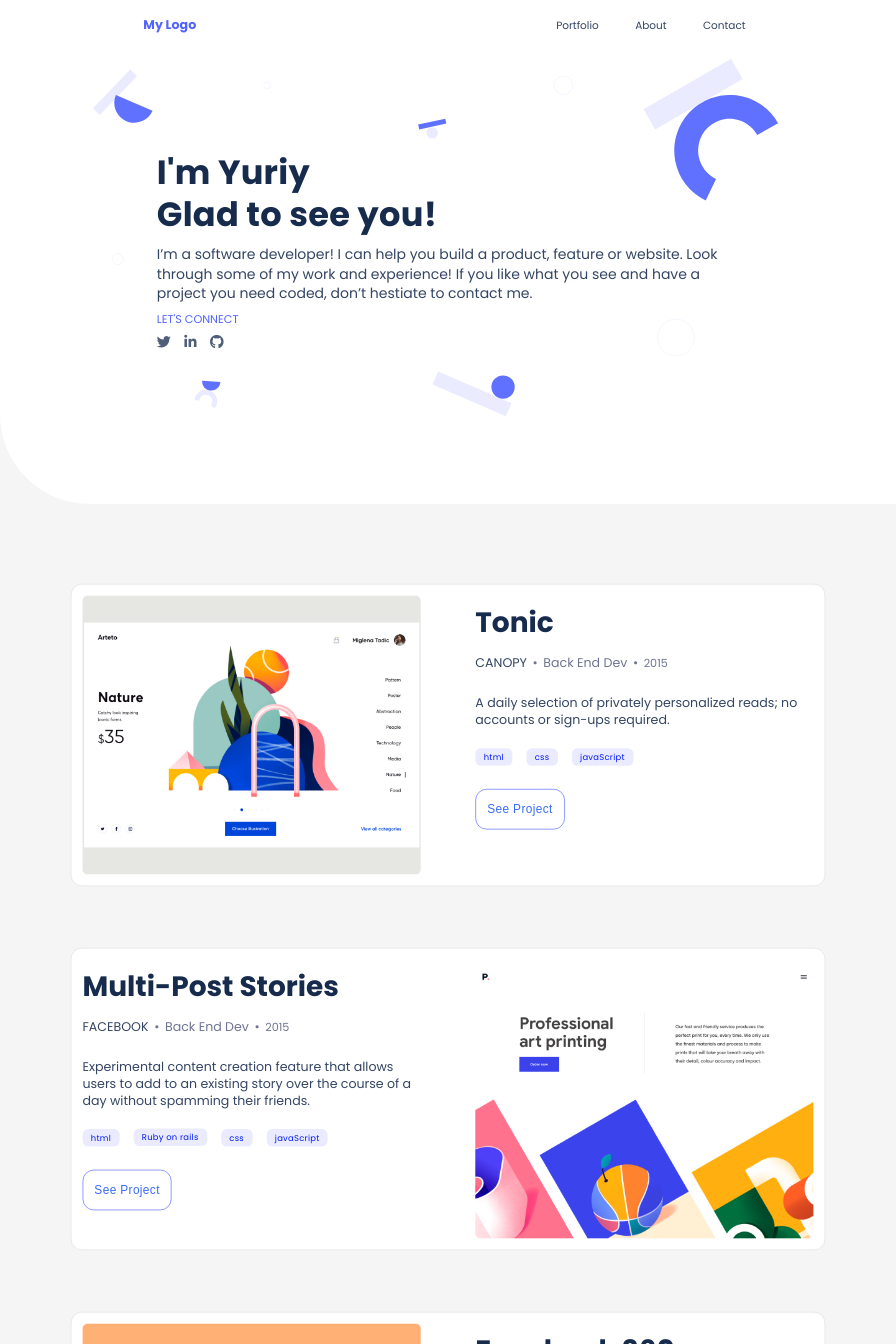
Repository: Hombre2014/My-portfolio
Page: index.html
The author's editor kept a copy of each file at every save. The page is drawn from the files as they stood at one save, then again after the next save.
The browser window is 1280 px wide. The pictures show the part of the page from y = 0 to 1920 px (the page is 4453 px tall), at 70% of full size.
Some web libraries are served in a nearby version.

Above is the page before, as saved 2021-11-08 15:35:37.

### index.html
<!DOCTYPE html>
<html lang="en">

<head>
  <meta charset="UTF-8">
  <meta http-equiv="X-UA-Compatible" content="IE=edge">
  <meta name="viewport" content="width=device-width, initial-scale=1.0">
  <link rel="stylesheet" href="https://pro.fontawesome.com/releases/v5.10.0/css/all.css"
    integrity="sha384-AYmEC3Yw5cVb3ZcuHtOA93w35dYTsvhLPVnYs9eStHfGJvOvKxVfELGroGkvsg+p" crossorigin="anonymous" />
  <link rel="stylesheet" href="styles.css">
  <link rel="stylesheet" href="wmobile.css">
  <link rel="stylesheet" media="only screen and (min-width: 1024px)" href="widescreen.css">

  <!-- Global site tag (gtag.js) - Google Analytics -->
  <script async src="https://www.googletagmanager.com/gtag/js?id=G-MFT901EK2W"></script>
  <script>
    window.dataLayer = window.dataLayer || [];
    function gtag() { dataLayer.push(arguments); }
    gtag('js', new Date());
    gtag('config', 'G-MFT901EK2W');
  </script>

  <title>Yuriy's Mircroverse Portfolio</title>
</head>

<body>
  <div class="container">
    <header>
      <span class="logo rotate-logo"><a class="logo-text" title="logo" href="#">My Logo</a></span>
      <nav class="hidden-on-small">
        <ul class="menu">
          <li class="menu-item"><a href="#portfolio">Portfolio</a></li>
          <li class="menu-item"><a href="#about">About</a></li>
          <li class="menu-item"><a href="#contact">Contact</a></li>
        </ul>
      </nav>
      <nav class="hidden-on-big">
        <i class="fas fa-bars"></i>
      </nav>
    </header>
    <section class="headline">
      <div class="main">
        <h1 class="title">I'm Yuriy<br>Glad to see you!</h1>
        <p class="main-text">I’m a software developer! I can help you build a product, feature or website. Look
          through some of my work and experience! If you like what you see and have a project you need coded, don’t
          hestiate to contact me.
        </p>
        <span class="connect-text">LET'S CONNECT</span>
        <div>
          <ul class="icon-list">
            <li><a title="Twitter" href="https://twitter.com/Chamkoriyski"><i class="fab fa-twitter"></i></a></li>
            <li><a title="LinkedIn" href="https://www.linkedin.com/in/axebit/"><i class="fab fa-linkedin-in"></i></a>
            </li>
            <li><a title="GitHub" href="https://github.com/Hombre2014"><i class="fab fa-github"></i></a></li>
          </ul>
        </div>
      </div>
    </section>
  </div>
  <div id="portfolio" class="container-2">
    <section class="works">
      <div class="card-work">
        <img class="work-img hidden-on-big" src="img/SnapshootPortfolio1.png" alt="Photo of the main page of project 1">
        <img class="hidden-on-small big-work-img scaled" src="img/big_SnapshootPortfolio1.png"
          alt="Photo of the main page of project 1">
        <div class="big-screen">
          <h2 class="work-title">Tonic</h2>
          <div class="canopy">
            <span class="item type">CANOPY</span>
            <span class="item bullet grey-color">&#8226;</span>
            <span class="item what-type grey-color">Back End Dev</span>
            <span class="item bullet grey-color">&#8226;</span>
            <span class="year grey-color">2015</span>
          </div>
          <p class="work-text">A daily selection of privately personalized reads; no accounts or sign-ups required.</p>
          <div>
            <ul class="work-skills">
              <li class="skill"><a href="https://html.spec.whatwg.org/multipage/">html</a></li>
              <li class="skill"><a href="https://www.w3.org/Style/CSS/">css</a></li>
              <li class="skill"><a href="https://developer.mozilla.org/en-US/docs/Web/JavaScript">javaScript</a></li>
            </ul>
          </div>
          <button type="button" class="project-btn">See Project</button>
        </div>
      </div>
      <div class="card-work">
        <img class="work-img hidden-on-big" src="img/SnapshootPortfolio2.png" alt="Photo of the main page of project 2">
        <img class="hidden-on-small big-work-img scaled cl-right" src="img/big_SnapshootPortfolio2.png"
          alt="Photo of the main page of project 2">
        <div class="big-screen">
          <h2 class="work-title">Multi-Post Stories</h2>
          <div class="canopy">
            <span class="item type hidden-on-big">CANOPY</span>
            <span class="item type hidden-on-small">FACEBOOK</span>
            <span class="item bullet grey-color">&#8226;</span>
            <span class="item what-type grey-color">Back End Dev</span>
            <span class="item bullet grey-color">&#8226;</span>
            <span class="year grey-color">2015</span>
          </div>
          <p class="work-text hidden-on-big">A daily selection of privately personalized reads; no accounts or sign-ups
            required.</p>
          <p class="work-text hidden-on-small">Experimental content creation feature that allows users to add to an
            existing story over the course of a day without spamming their friends.</p>
          <div>
            <ul class="work-skills">
              <li class="skill"><a href="https://html.spec.whatwg.org/multipage/">html</a></li>
              <li class="skill hidden-on-small"><a href="https://rubyonrails.org/">Ruby on rails</a></li>
              <li class="skill"><a href="https://www.w3.org/Style/CSS/">css</a></li>
              <li class="skill"><a href="https://developer.mozilla.org/en-US/docs/Web/JavaScript">javaScript</a></li>
            </ul>
          </div>
          <button type="button" class="project-btn">See Project</button>
        </div>
      </div>
      <div class="card-work">
        <img class="work-img hidden-on-big" src="img/SnapshootPortfolio3.png" alt="Photo of the main page of project 3">
        <img class="hidden-on-small big-work-img scaled" src="img/big_SnapshootPortfolio3.png"
          alt="Photo of the main page of project 3">
        <div class="big-screen">
          <h2 class="work-title hidden-on-big">Tonic</h2>
          <h2 class="work-title hidden-on-small left">Facebook 360</h2>
          <div class="canopy">
            <span class="item type hidden-on-big">CANOPY</span>
            <span class="item type hidden-on-small">FACEBOOK</span>
            <span class="item bullet grey-color">&#8226;</span>
            <span class="item what-type grey-color">Back End Dev</span>
            <span class="item bullet grey-color">&#8226;</span>
            <span class="year grey-color">2015</span>
          </div>
          <p class="work-text hidden-on-big">A daily selection of privately personalized reads; no accounts or sign-ups
            required.</p>
          <p class="work-text hidden-on-small">Exploring the future of media in Facebook's first Virtual Reality app; a
            place to discover and enjoy 360 photos and videos on Gear VR.</p>
          <div>
            <ul class="work-skills">
              <li class="skill"><a href="https://html.spec.whatwg.org/multipage/">html</a></li>
              <li class="skill hidden-on-small"><a href="https://rubyonrails.org/">Ruby on rails</a></li>
              <li class="skill"><a href="https://www.w3.org/Style/CSS/">css</a></li>
              <li class="skill"><a href="https://developer.mozilla.org/en-US/docs/Web/JavaScript">javaScript</a></li>
            </ul>
          </div>
          <button type="button" class="project-btn">See Project</button>
        </div>
      </div>
      <div class="card-work">
        <img class="work-img hidden-on-big" src="img/SnapshootPortfolio4.png" alt="Photo of the main page of project 4">
        <img class="hidden-on-small big-work-img cl-right scaled" src="img/big_SnapshootPortfolio4.png"
          alt="Photo of the main page of project 4">
        <div class="big-screen">
          <h2 class="work-title hidden-on-big">Multi-Post Stories</h2>
          <h2 class="work-title hidden-on-small left">Uber Navigation</h2>
          <div class="canopy">
            <span class="item type hidden-on-big">CANOPY</span>
            <span class="item type hidden-on-small">Uber</span>
            <span class="item bullet grey-color">&#8226;</span>
            <span class="item what-type grey-color hidden-on-big">Back End Dev</span>
            <span class="item what-type grey-color hidden-on-small">Lead Developer</span>
            <span class="item bullet grey-color">&#8226;</span>
            <span class="year grey-color hidden-on-big">2015</span>
            <span class="year grey-color hidden-on-small">2018</span>
          </div>
          <p class="work-text hidden-on-big">A daily selection of privately personalized reads; no accounts or sign-ups
            required.</p>
          <p class="work-text hidden-on-small">A smart assistant to make driving more safe, efficient, and fun by
            unlocking your most expensive computer: your car.</p>
          <div>
            <ul class="work-skills">
              <li class="skill"><a href="https://html.spec.whatwg.org/multipage/">html</a></li>
              <li class="skill hidden-on-small"><a href="https://rubyonrails.org/">Ruby on rails</a></li>
              <li class="skill"><a href="https://www.w3.org/Style/CSS/">css</a></li>
              <li class="skill"><a href="https://developer.mozilla.org/en-US/docs/Web/JavaScript">javaScript</a></li>
            </ul>
          </div>
          <button type="button" class="project-btn">See Project</button>
        </div>
      </div>
    </section>
    <section id="about" class="about">
      <div class="big-about">
        <div class="left-part">
          <h2 class="title myself">About<br>Myself</h2>
          <p class="about-text">I’m a software developer! I can help you build a product, feature or website.
            Look hrough some of my work and experience! If you like what you see and have a project you need coded,
            don’t
            hestiate to contact me.
          </p>
          <span class="connect-text">LET'S CONNECT</span>
          <div>
            <ul class="icon-list">
              <li><a title="Twitter" href="https://twitter.com/Chamkoriyski"><i class="fab fa-twitter"></i></a></li>
              <li><a title="LinkedIn" href="https://www.linkedin.com/in/axebit/"><i class="fab fa-linkedin-in"></i></a>
              </li>
              <li><a title="GitHub" href="https://github.com/Hombre2014"><i class="fab fa-github"></i></a></li>
            </ul>
          </div>
          <button type="button" class="project-btn">Get my resume</button>
        </div>
        <div class="right-part">
          <div class="about-list">
            <ul class="list-items">
              <li class="item-arrow">
                <div class="with-arrow">
                  <span>Languages</span>
                  <i class="fas fa-chevron-down"></i>
                </div>
                <div class="languages">
                  <div class="single-lang">
                    <a href="https://developer.mozilla.org/en-US/docs/Web/JavaScript"><img class="lng-icon"
                        src="img/js.png" alt="Java Script logo"></a>
                    <span class="lang-name">JavaScript</span>
                  </div>
                  <div class="single-lang">
                    <a href="https://html.spec.whatwg.org/multipage/"><img class="lng-icon" src="img/html5.png"
                        alt="HTML5 logo"></a>
                    <span class="lang-name">HTML 5</span>
                  </div>
                  <div class="single-lang">
                    <a href="https://www.w3.org/Style/CSS/"><img class="lng-icon" src="img/css.png" alt="CSS3 logo"></a>
                    <span class="lang-name">CSS 3</span>
                  </div>
                </div>
              </li>
              <li class="item-arrow">
                <div class="with-arrow">
                  <span>Frameworks</span>
                  <i class="fas fa-chevron-right"></i>
                </div>
                <hr class="line">
              </li>
              <li class="item-arrow">
                <div class="with-arrow">
                  <span>Skills</span>
                  <i class="fas fa-chevron-right"></i>
                </div>
                <hr class="line">
              </li>
            </ul>
          </div>
        </div>
      </div>
    </section>
    <footer id="contact">
      <div class="ftr-div">
        <div class="foot-big">
          <h2 class="title cnt-form">Contact me</h2>
          <div class="container-form">
            <p class="cnt-text">If you have an application you are interested in developing, a feature that you need
              built or a project that needs coding. I’d love to help with it
            </p>
            <form class="cnt-form-controls" action="https://formspree.io/f/xleakzoe" method="post">
              <label for="name"><span aria-hidden="false" class="label-text aria-h">Please enter your
                  name</span><span aria-hidden="false" class="red aria-h">*</span>
                <input class="form-field" type="text" id="name" name="user_name" placeholder="Enter your name here"
                  required maxlength="30">
              </label>
              <label class="label-text" for="email"><span aria-hidden="false" class="aria-h">Please enter your
                  email</span><span aria-hidden="false" class="red aria-h">*</span>
                <input class="form-field" type="email" id="email" name="user_email" placeholder="Enter your email here"
                  required>
              </label>
              <label id="last" class="label-text" for="msg"><span aria-hidden="false" class="aria-h">Please write
                  your message</span><span aria-hidden="false" class="red aria-h">*</span>
                <textarea class="form-field" name="message" id="msg" cols="30" rows="10" maxlength="500" required
                  placeholder="Write your message here"></textarea>
              </label>
              <span class="warning aria-h" aria-hidden="false">Fields indicated with "</span><span aria-hidden="false"
                class="red aria-h">*</span><span aria-hidden="false" class="aria-h">" are mendatory</span>
              <button type="submit" class="btn btn-big">Get in Touch</button>
            </form>
          </div>
          <div class="hidden-on-big" id="line"></div>
        </div>
      </div>
    </footer>
  </div>
</body>

</html>

### wmobile.css
/* For medium size screen between 476px and 1023px */
@media only screen and (min-width: 476px) and (max-width: 767px) {
  .headline {
    background-size: cover;
  }
}

@media only screen and (min-width: 768px) and (max-width: 1023px) {
  .headline {
    background-image: url(img/Header\ bg.svg);
    background-size: 100% 75%;
    background-position: 0 38%;
  }

  .ftr-div {
    background-image: url('img/contact form shapes-mobile.svg');
    height: auto;
    width: 100%;
    background-size: contain;
  }
}

### widescreen.css
/* Styles apply only for media screen with min-width of 1024 px */
@media only screen and (min-width: 1024px) {
  header {
    padding: 1.5rem 11.25%;
    position: fixed;
    top: 0;
    left: 0;
    bottom: 0;
    right: 0;
    align-items: center;
  }

  .hidden-on-big {
    display: none;
  }

  .rotate-logo:hover {
    animation-name: rotateAnimation;
    animation-duration: 1s;
  }

  @keyframes rotateAnimation {
    from {
      transform: rotate(0deg);
    }

    to {
      transform: rotate(360deg);
    }
  }

  .headline {
    display: flex;
    align-items: center;
    background-image: url(img/Header\ bg.svg);
    background-size: 98% 71%;
    background-position: 1.95% 40%;
    height: 100vh;
    background-color: #fff;
    border-bottom-left-radius: 128px;
  }

  .menu {
    display: flex;
  }

  .menu li a {
    color: #344563;
    padding: 10px;
    transition: all 0.8s;
  }

  .menu li a:hover {
    background-color: #5263ff;
    color: #fff;
    border-radius: 10px;
  }

  .hidden-on-small {
    display: flex;
    justify-content: flex-end;
  }

  .left {
    justify-content: flex-start;
  }

  .menu-item {
    margin-left: 2rem;
    font-weight: 500;
    font-size: 15px;
    line-height: 20px;
    color: #344563;
  }

  .main {
    width: 65%;
  }

  .title {
    font-size: 48px;
    line-height: 60px;
    letter-spacing: 0.37px;
  }

  .main-text {
    font-size: 20px;
    line-height: 28px;
  }

  .works {
    max-width: 88%;
    margin: 0 auto;
  }

  .card-work {
    display: flex;
    flex-direction: row;
    justify-content: space-between;
    max-width: 100%;
  }

  .card-work:hover {
    border: 2px solid #a7aeff;
  }

  .card-work:nth-child(even) {
    flex-direction: row-reverse;
  }

  .card-work > .cl-right {
    margin-right: 0;
  }

  .big-work-img {
    max-width: calc(50% - 39px);
    margin-right: 46px;
    flex: 1 1 auto;
  }

  .scaled {
    transition: all 2s;
  }

  .scaled:hover {
    transform: scale(1.04);
    overflow: hidden;
  }

  .big-screen {
    display: flex;
    flex-direction: column;
    max-width: calc(50% - 39px);
    flex: 1 1 auto;
  }

  .work-title {
    font-size: 40px;
    line-height: 52px;
  }

  .item {
    font-weight: 500;
    font-size: 18px;
    line-height: 24px;
  }

  .work-text {
    font-size: 18px;
    line-height: 24px;
    margin-top: 2rem;
  }

  .work-skills {
    margin-top: 28px;
  }

  .about {
    border-top-right-radius: 128px;
  }

  .big-about {
    display: flex;
    max-width: 80%;
    margin: 0 auto;
  }

  .left-part {
    max-width: 40%;
    flex: 1 1 auto;
    margin-right: 2.25rem;
  }

  .about-text {
    font-size: 1rem;
    line-height: 28px;
    color: #344563;
  }

  .right-part {
    max-width: 60%;
    flex: 1 1 auto;
  }

  .languages {
    flex-direction: row;
  }

  .single-lang {
    flex-direction: column;
    align-items: flex-start;
    width: 120px;
    margin-right: 12px;
    padding: 12px 12px 0 12px;
  }

  .lang-name {
    margin: 1rem 0;
  }

  .lng-icon {
    width: 48px;
  }

  footer {
    height: 864px;
  }

  .ftr-div {
    background-color: #6070ff;
    border-top-left-radius: 128px;
    padding-bottom: 8px;
    background-image: url('img/contact\ form\ background\ shapes.svg');
    background-repeat: no-repeat;
    background-size: contain;
    height: 100%;
  }

  .foot-big {
    width: 800px;
    margin: 0 auto;
  }

  .cnt-form {
    font-size: 40px;
    line-height: 52px;
    padding-top: 8.875rem;
  }

  .cnt-text {
    width: 570px;
    transition: all 1s;
  }

  .cnt-form-controls {
    width: 448px;
    display: flex;
    flex-direction: column;
  }

  .btn-big {
    margin: 1.75rem auto;
  }

  label {
    margin-bottom: 27px;
  }

  .cnt-text:hover {
    transform: scale(1.1);
  }
}

@media only screen and (min-width: 1220px) {
  header {
    padding: 1.5rem 16%;
  }
}

@media only screen and (min-width: 1440px) {
  .headline {
    background-size: 100% 74%;
  }

  header {
    padding: 1.5rem 20%;
  }

  .works {
    width: 80%;
  }
}

Loaded but not shown: styles.css (408 lines, source omitted)

After the next save:
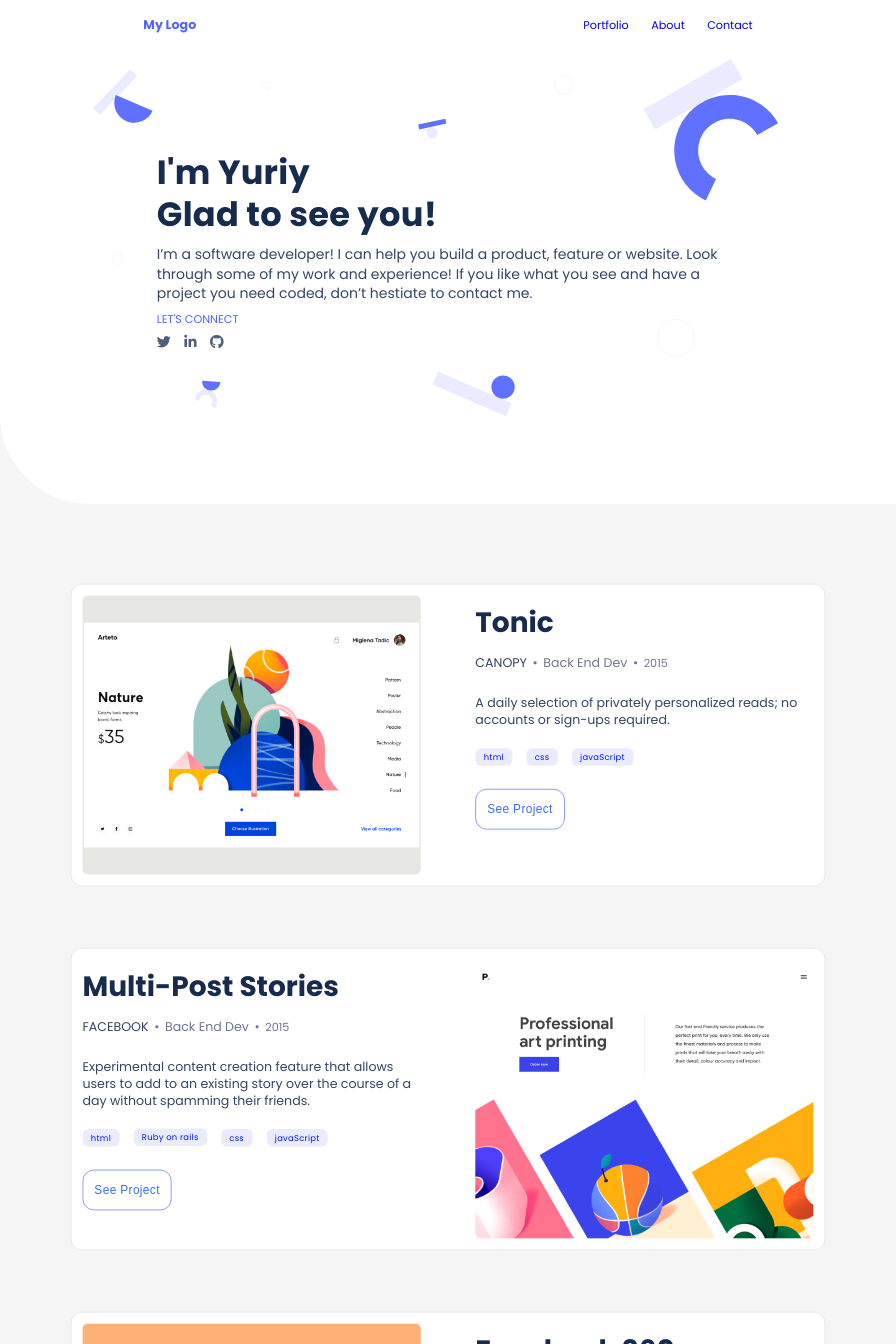
Saved 15 s later.
--- a/index.html
+++ b/index.html
@@ -27,7 +27,7 @@
   <div class="container">
     <header>
       <span class="logo rotate-logo"><a class="logo-text" title="logo" href="#">My Logo</a></span>
-      <nav class="hidden-on-small">
+      <nav class="hidden-toggle ">
         <ul class="menu">
           <li class="menu-item"><a href="#portfolio">Portfolio</a></li>
           <li class="menu-item"><a href="#about">About</a></li>
@@ -35,7 +35,8 @@
         </ul>
       </nav>
       <nav class="hidden-on-big">
-        <i class="fas fa-bars"></i>
+        <i class="fas fa-bars hamburger-item"></i>
+        <i class="far fa-window-close close-item"></i>
       </nav>
     </header>
     <section class="headline">
